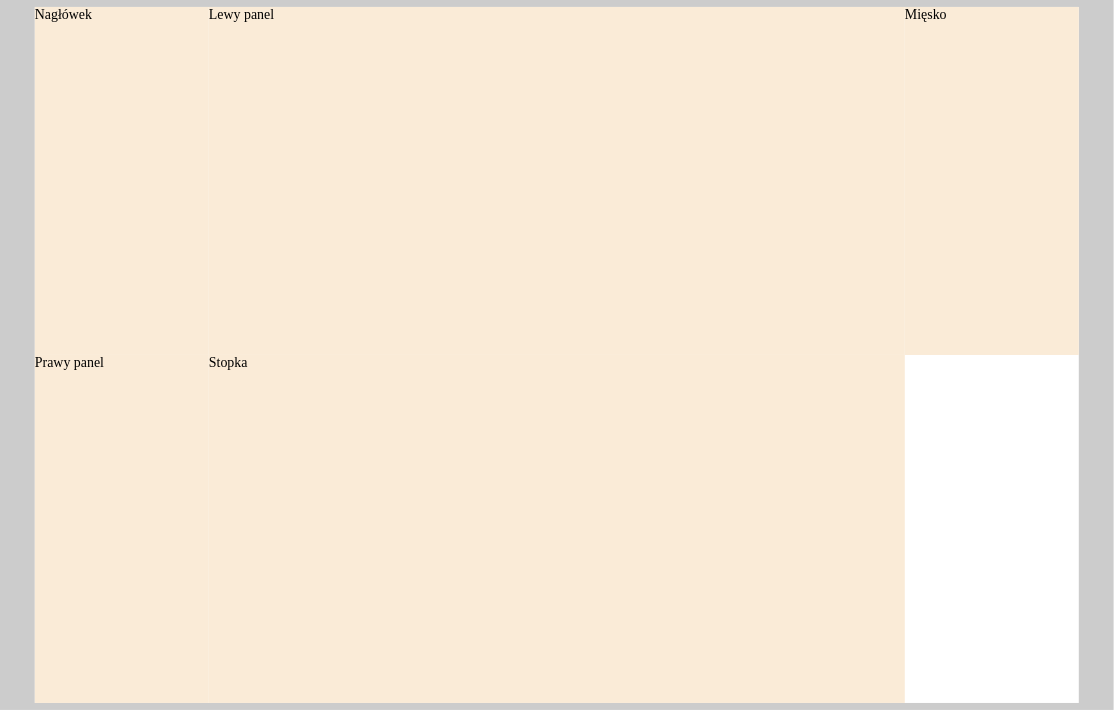
Repository: Gumiin/studia
Page: wykłady/14.04/index.html
An editor plug-in stored every save of this project. The page is shown before and after the next save, followed by the edit.
The browser window is 1280 px wide. The pictures show the whole page, at 87% of full size.

Above is the page before, as saved 2021-04-14 13:53:00.

### wykłady/14.04/index.html
<!DOCTYPE html>
<html lang="en">
<head>
    <meta charset="UTF-8">
    <meta http-equiv="X-UA-Compatible" content="IE=edge">
    <meta name="viewport" content="width=device-width, initial-scale=1.0">
    <link rel="stylesheet" href="style.css">
    <title>Document</title>
</head>
<body>
    <main>
        <header>Nagłówek</header>
        <aside>Lewy panel</aside>
        <article>Mięsko</article>
        <section>Prawy panel</section>
        <footer>Stopka</footer>
    </main>
</body>
</html>

### wykłady/14.04/style.css
body{
    background-color: #ccc;
}
main{
    margin: 0 auto;
    background:#fff;
    /*height: 800px;*/
    width: 1200px;
    display: grid;
    grid-template-columns: 200px 800px 200px;
    grid-auto-rows: 400px;
}
main > *{
    background-color: antiquewhite;
}

After the next save:
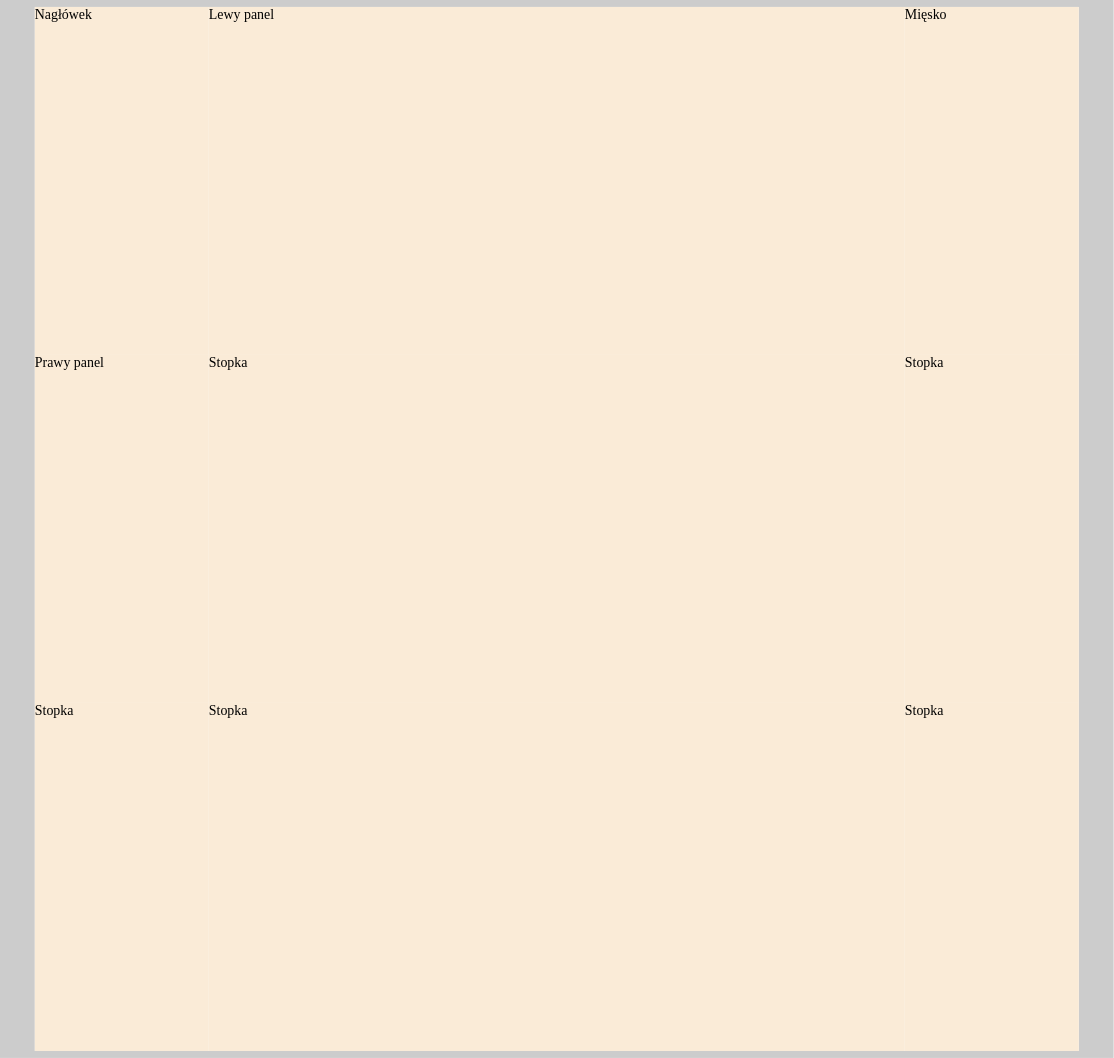
Saved 15 s later.
--- a/wykłady/14.04/index.html
+++ b/wykłady/14.04/index.html
@@ -14,6 +14,7 @@
         <article>Mięsko</article>
         <section>Prawy panel</section>
         <footer>Stopka</footer>
+        <footer>Stopka</footer><footer>Stopka</footer><footer>Stopka</footer><footer>Stopka</footer>
     </main>
 </body>
 </html>

After the save that followed:
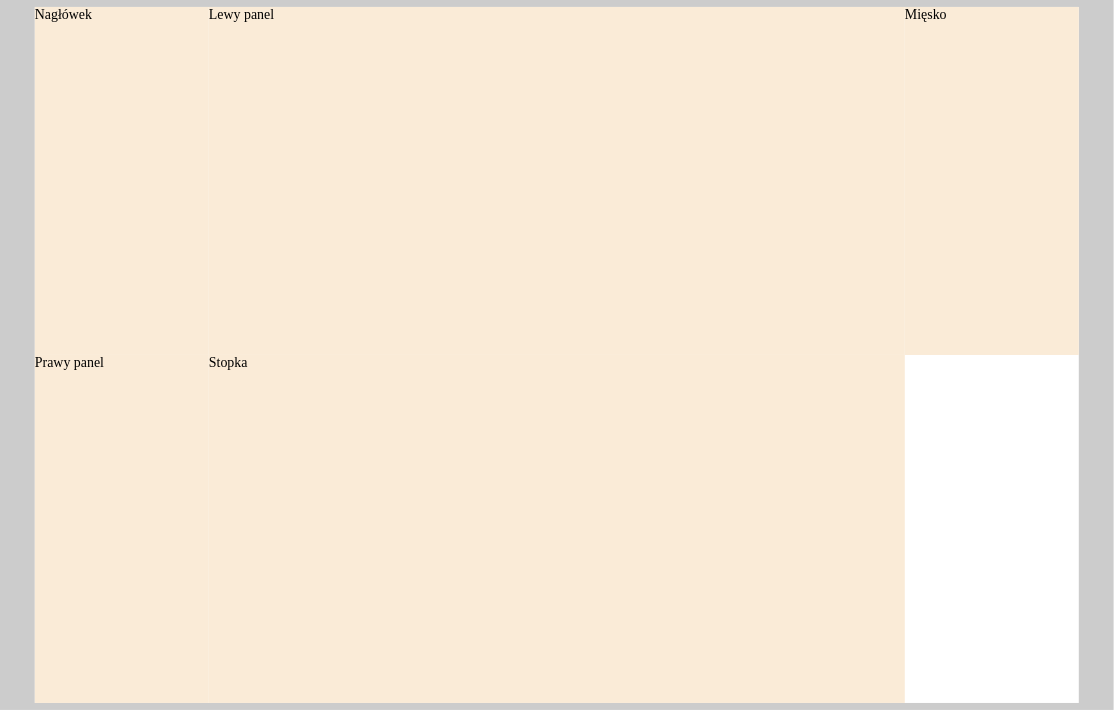
Saved 18 s later.
--- a/wykłady/14.04/index.html
+++ b/wykłady/14.04/index.html
@@ -14,7 +14,6 @@
         <article>Mięsko</article>
         <section>Prawy panel</section>
         <footer>Stopka</footer>
-        <footer>Stopka</footer><footer>Stopka</footer><footer>Stopka</footer><footer>Stopka</footer>
     </main>
 </body>
 </html>
